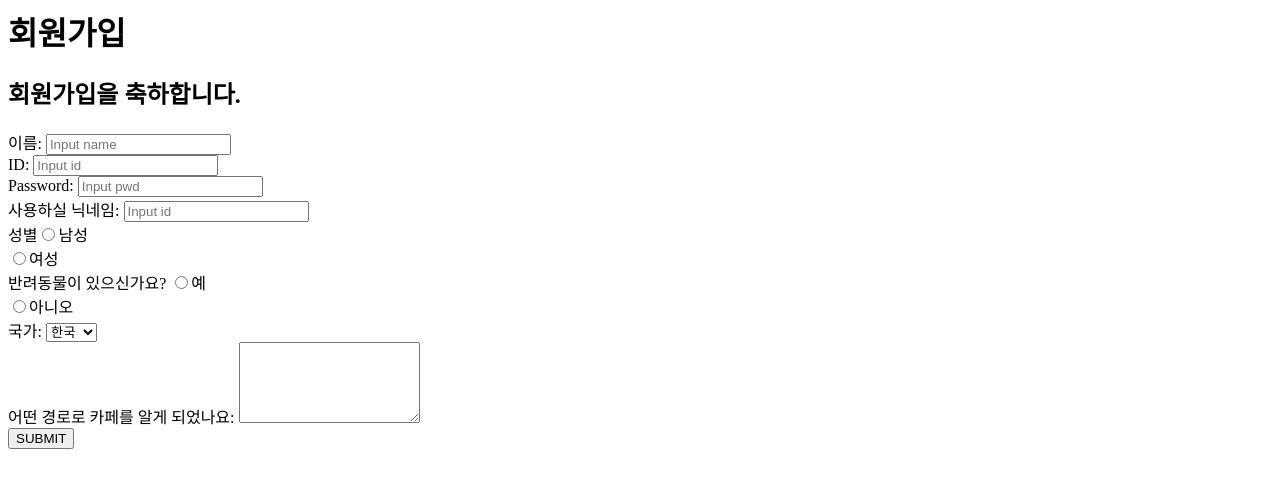
Repository: sangeun100/html
Page: http://localhost/login/register
An editor plug-in stored every save of this project. The page is shown before and after the next save, followed by the edit.
The browser window is 1280 px wide. The pictures show the whole page.
The page is this project's Thymeleaf template; nobody is signed in. The template is opened directly, without the code that normally fills it, so the values that code supplies are empty.

Above is the page before, as saved 2022-05-24 00:09:05.
Console error: ReferenceError: $ is not defined

After the next save:
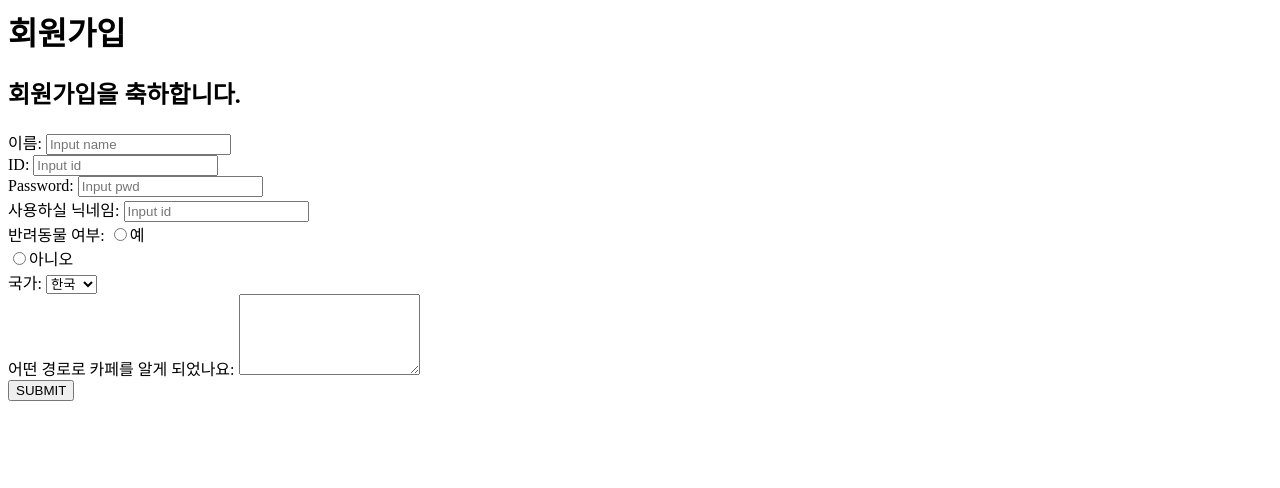
Saved 75 s later.
--- a/day061/src/main/resources/templates/login/register.html
+++ b/day061/src/main/resources/templates/login/register.html
@@ -75,15 +75,18 @@ $(document).ready(function () {
 	  <input type="text" name="id" class="form-control" id="id" placeholder="Input id">
       <span id="iid"></span>
 	</div>
-<!-- 성별-->
+
+<!-- 성별
 	<div class="radio">
-	  <label>성별<input type="radio" name="optradio2" value="op2">남성</label>
+	  <label><input type="radio" name="optradio2" value="op2">남성</label>
 	<span id="optradio2"></span></div>
 	<div class="radio">
 	  <label><input type="radio" name="optradio3" value="op3">여성</label>
-	<span id="optradio3"></span></div>
+	<span id="optradio3"></span></div> -->
+
 <!-- 반려동물 여부-->
-	<div class="radio"><label>반려동물이 있으신가요?</label>
+	<div class="radio">
+	<label for="comment">반려동물 여부:</label>
 	  <label><input type="radio" name="optradio2" value="op2">예</label>
 	<span id="optradio2"></span></div>
 	<div class="radio">
